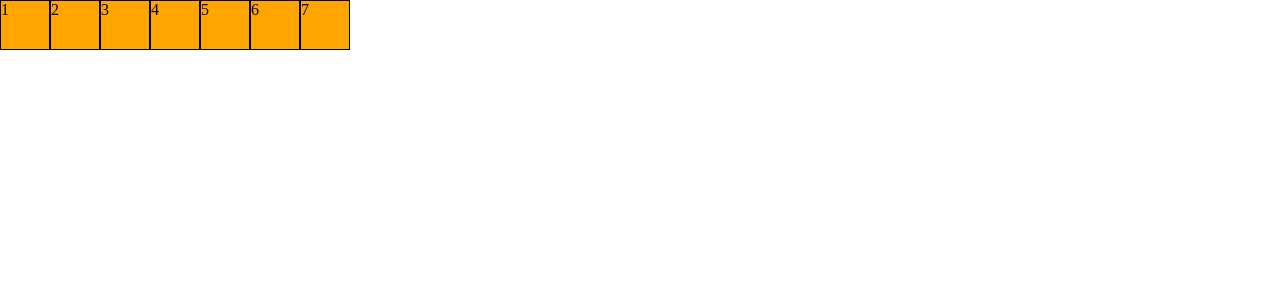
Repository: wisdomphamdev/flex-box
Page: index.html
An editor plug-in stored every save of this project. The page is shown before and after a run of saves, followed by the edit.
The browser window is 1280 px wide. The pictures show the whole page.

Above is the page before, as saved 2024-06-10 21:05:16.

After the next 2 saves:
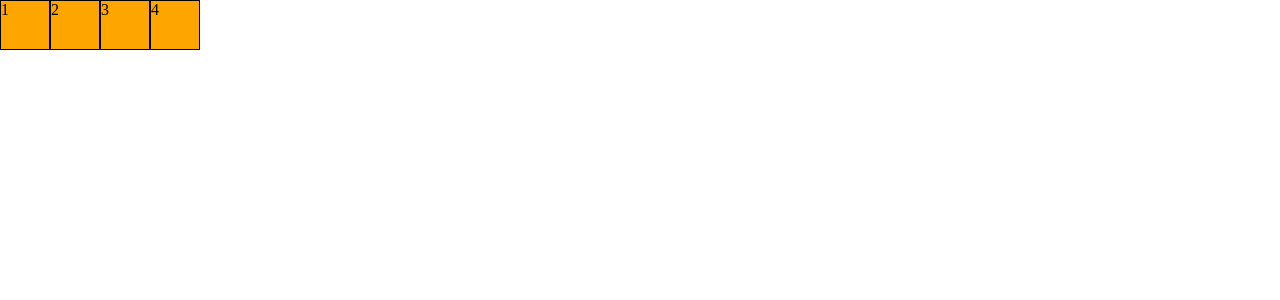
The 2 saves are shown as one change because they came seconds apart.
The last was saved 9 s later.
--- a/index.html
+++ b/index.html
@@ -12,9 +12,7 @@
         <div class="item">2</div>
         <div class="item">3</div>
         <div class="item">4</div>
-        <div class="item">5</div>
-        <div class="item">6</div>
-        <div class="item">7</div>
+
 
     </div>
 </body>
